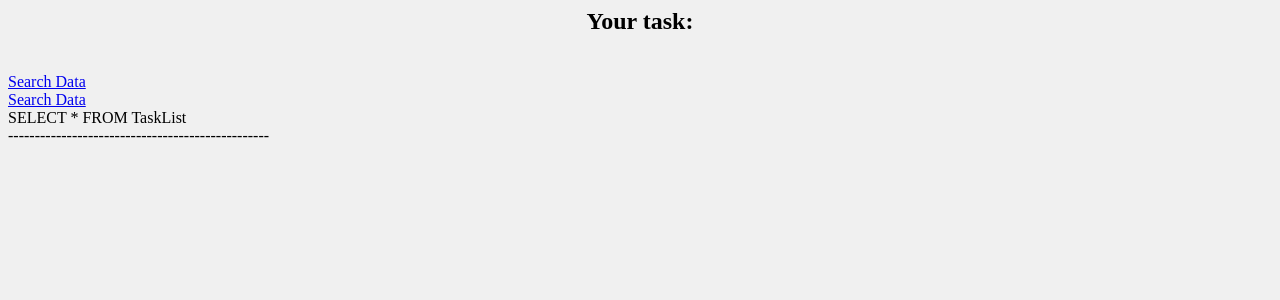
Repository: huappy/Tech-Exercise
Page: http://localhost/Tech_Exercise_Hausman/TaskDisplay
The author's editor kept a copy of each file at every save. The page is drawn from the files as they stood at one save, then again after the next save.
The browser window is 1280 px wide. The pictures show the whole page.
The page is served by Tomcat 9. Other server files are loaded and not shown. Queries for data that is not in the repository find no rows.

Above is the page before, as saved 2023-03-23 05:30:37.

### workspace4830-Tech_Exercise-Hausman/Tech_Exercise_Hausman/src/main/webapp/WEB-INF/config.properties
url=jdbc:mysql://ec2-3-136-157-109.us-east-2.compute.amazonaws.com:3306/tech_exercise?useSSL=false
user= Hap
password= CJoy410

### workspace4830-Tech_Exercise-Hausman/Tech_Exercise_Hausman/src/main/java/TaskDisplay.java
import java.sql.SQLException;
import java.io.IOException;
import java.io.PrintWriter;
import java.sql.Connection;
import java.sql.PreparedStatement;
import java.sql.ResultSet;


import javax.servlet.ServletException;
import javax.servlet.annotation.WebServlet;
import javax.servlet.http.HttpServlet;
import javax.servlet.http.HttpServletRequest;
import javax.servlet.http.HttpServletResponse;


@WebServlet("/TaskDisplay")
public class TaskDisplay extends HttpServlet {
	private static final long serialVersionUID = 1L;

	public TaskDisplay() {
		super();
	}

	protected void doGet(HttpServletRequest request, HttpServletResponse response) throws ServletException, IOException {
		Connection connection = null;
			//Set connection and attempt to create table
			TaskDatabaseConnection.getConnection(getServletContext());
			connection = TaskDatabaseConnection.connection;

			// Set response content type
			response.setContentType("text/html");
			PrintWriter out = response.getWriter();
			String title = "Your task:";
			String docType = "<!doctype html public \"-//w3c//dtd html 4.0 " + "transitional//en\">\n";
			out.println(docType +
					"<html>" +
					"<head><title>" + title + "</title></head>\n" +
					"<body bgcolor=\"#f0f0f0\">\n" +
					"<h2 align=\"center\">" + title + "</h2>\n" +
					"<br>");
			//TODO: add buttons and labels to links
			out.println("<a href=/Tech_Exercise_Hausman/src/main/webapp/InsertTask.html>Search Data</a> <br>");
			out.println("<a href=/Tech_Exercise_Hausman/src/main/webapp/TaskDisplay.html>Search Data</a> <br>");
			//TODO: make update button that deletes your old taks then takes you to the insert page

			out.println("</body></html>");

			try {
				String selectSQL = "SELECT * FROM TaskList";
				// String thisUser = "user%";
				response.getWriter().println(selectSQL + "<br>");
				response.getWriter().println("-------------------------------------------------<br>");
				PreparedStatement preparedStatement = connection.prepareStatement(selectSQL);
				// preparedStatement.setString(1, thisUser);
				ResultSet rs = preparedStatement.executeQuery();

				//TODO: Use this as the task display. Combine this loop with the content display stuff in InserTask. Probably will have to delete the getWriter statements below
				while (rs.next()) {
					String id = rs.getString("ID");
					String task = rs.getString("TASK");
					String date = rs.getString("DATE_CREATED");
					String complete_by = rs.getString("COMPLETE_BY");
					response.getWriter().append("<h3>"+ id + ", ");
					response.getWriter().append("<li><b>TASK: </b>" + task + ", ");
					response.getWriter().append("<li><b>DATE: </b>" + date + ", ");
					response.getWriter().append("C<li><b>COMPLETE BY: </b>" + complete_by + ".<h3><br><br>");
				}
			} catch (SQLException e) {
				e.printStackTrace();
			}

	}


	protected void doPost(HttpServletRequest request, HttpServletResponse response) throws ServletException, IOException {
		doGet(request, response);
	}
}

### workspace4830-Tech_Exercise-Hausman/Tech_Exercise_Hausman/src/main/java/TaskDatabaseConnection.java
import java.sql.Connection;
import java.sql.DriverManager;

import javax.servlet.ServletContext;

public class TaskDatabaseConnection{
	//initializes connection to none
	static Connection connection = null;
	// defines the set of methods the servlet uses to make its connection
	static ServletContext servletContext;

	static void getConnection() {
		//Retrieves the connection
		System.out.println("-----------Connecting to MySQL JDBC----------------");
		try {
			Class.forName("com.mysql.jdbc.Driver");
		}
		catch (ClassNotFoundException e) {
			System.out.println("MySQL JDBC Driver not found...");
			e.printStackTrace();
			return;
		}
		//If JDBC Driver is found then we reinitialize the connection then try to make the connection
		System.out.println("MySQL JDBC Driver Found!");

		connection = null;
		try {
			//try to connect
			UtilTaskProp.loadProperty(servletContext);
			connection = DriverManager.getConnection(getURL(), getUserName(),getPassword());
		}
		catch (Exception e){
			//if it can't connect
			System.out.println("Connection Failed! Check output console");
		}
		//if the connection is made, tell the user
		if(connection != null) {
			System.out.println("Database connected!");
		}
		else {
			System.out.println("Failed to make connection!");
		}
	}

	//retrieves URL from property file
	static String getURL() {
		String url = UtilTaskProp.getProp("url");
		System.out.println("[DBG] URL: "+ url);
		return url;
	}

	//retrieves Username from property file
	static String getUserName() {
		String user = UtilTaskProp.getProp("user");
		System.out.println("[DBG] User: " + user);
		return user;
	}

	//retrieves Password from property file
	static String getPassword() {
		String password = UtilTaskProp.getProp("password");
		System.out.println("[DBG] password:" + password);
		return password;
	}

	public static void getConnection(ServletContext context) {
		servletContext = context;
		getConnection();
	}


}

### workspace4830-Tech_Exercise-Hausman/Tech_Exercise_Hausman/src/main/java/UtilTaskProp.java
import java.util.Properties;
import javax.servlet.ServletContext;
import java.io.File;
import java.io.InputStream;

public class UtilTaskProp{
	static Properties prop = new Properties();

	public static void loadProperty(ServletContext servletContext) throws Exception{
		String filePath = "/WEB-INF/config.properties";
		InputStream inputstream = servletContext.getResourceAsStream(filePath);

		System.out.println("[DBG] Loaded: " + new File(filePath).getAbsolutePath());
		prop.load(inputstream);
	}

	public static String getProp(String key) {
		return prop.getProperty(key).trim();
	}
}

After the next save:
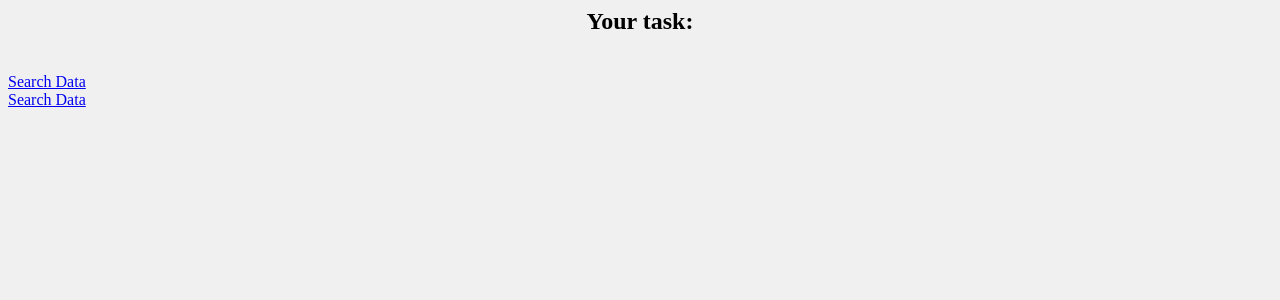
Saved 3 min 54 s later.
--- a/workspace4830-Tech_Exercise-Hausman/Tech_Exercise_Hausman/src/main/java/TaskDisplay.java
+++ b/workspace4830-Tech_Exercise-Hausman/Tech_Exercise_Hausman/src/main/java/TaskDisplay.java
@@ -38,18 +38,11 @@ public class TaskDisplay extends HttpServlet {
 					"<body bgcolor=\"#f0f0f0\">\n" +
 					"<h2 align=\"center\">" + title + "</h2>\n" +
 					"<br>");
-			//TODO: add buttons and labels to links
-			out.println("<a href=/Tech_Exercise_Hausman/src/main/webapp/InsertTask.html>Search Data</a> <br>");
-			out.println("<a href=/Tech_Exercise_Hausman/src/main/webapp/TaskDisplay.html>Search Data</a> <br>");
-			//TODO: make update button that deletes your old taks then takes you to the insert page
 
-			out.println("</body></html>");
 
 			try {
 				String selectSQL = "SELECT * FROM TaskList";
 				// String thisUser = "user%";
-				response.getWriter().println(selectSQL + "<br>");
-				response.getWriter().println("-------------------------------------------------<br>");
 				PreparedStatement preparedStatement = connection.prepareStatement(selectSQL);
 				// preparedStatement.setString(1, thisUser);
 				ResultSet rs = preparedStatement.executeQuery();
@@ -68,6 +61,13 @@ public class TaskDisplay extends HttpServlet {
 			} catch (SQLException e) {
 				e.printStackTrace();
 			}
+			//TODO: add buttons and labels to links
+			out.println("<a href=/Tech_Exercise_Hausman/src/main/webapp/InsertTask.html>Search Data</a> <br>");
+			out.println("<a href=/Tech_Exercise_Hausman/src/main/webapp/TaskDisplay.html>Search Data</a> <br>");
+			//TODO: make update button that deletes your old taks then takes you to the insert page
+
+			out.println("</body></html>");
+
 
 	}
 
